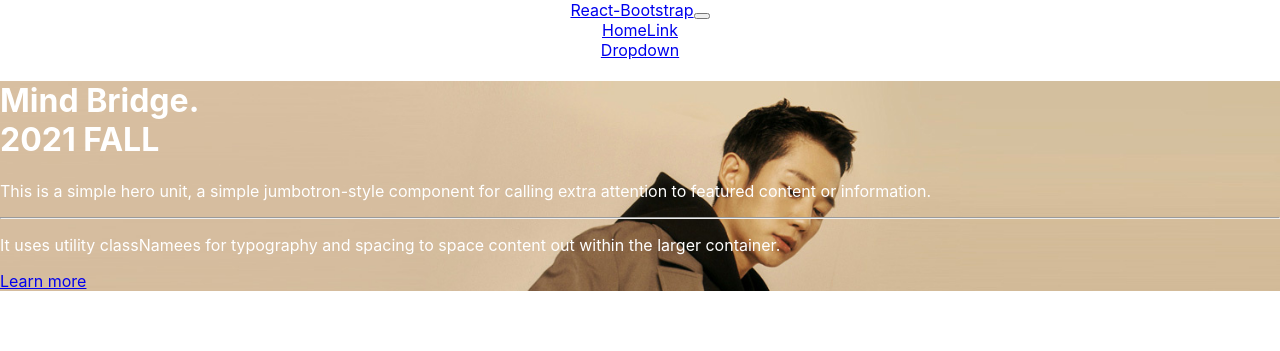
Repository: eunsuneun/react-shop
Page: /
The author's editor kept a copy of each file at every save. The page is drawn from the files as they stood at one save, then again after the next save.
The browser window is 1280 px wide. The pictures show the whole page.
The project was rebuilt for these pictures with package versions that can differ from the ones it lists, and the page was loaded fresh each time.

Above is the page before, as saved 2021-08-25 20:24:48.

After the next save:
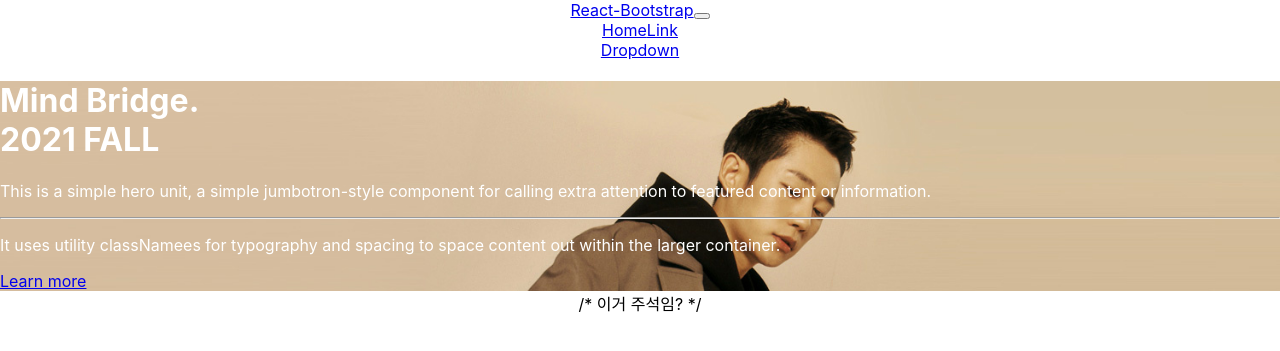
Saved 27 s later.
--- a/src/App.js
+++ b/src/App.js
@@ -49,7 +49,7 @@
           Learn more
         </a>
       </div>
-      {/* 이거 주석임? */}
+      /* 이거 주석임? */
     </div>
   );
 }

After the 2 saves that followed:
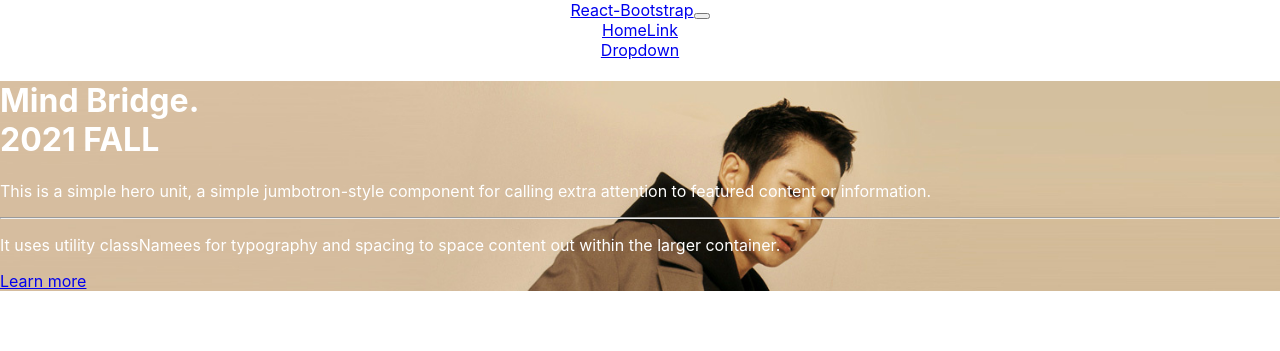
The 2 saves are shown as one change because they came seconds apart.
The last was saved 20 s later.
--- a/src/App.js
+++ b/src/App.js
@@ -49,7 +49,7 @@
           Learn more
         </a>
       </div>
-      /* 이거 주석임? */
+
     </div>
   );
 }
